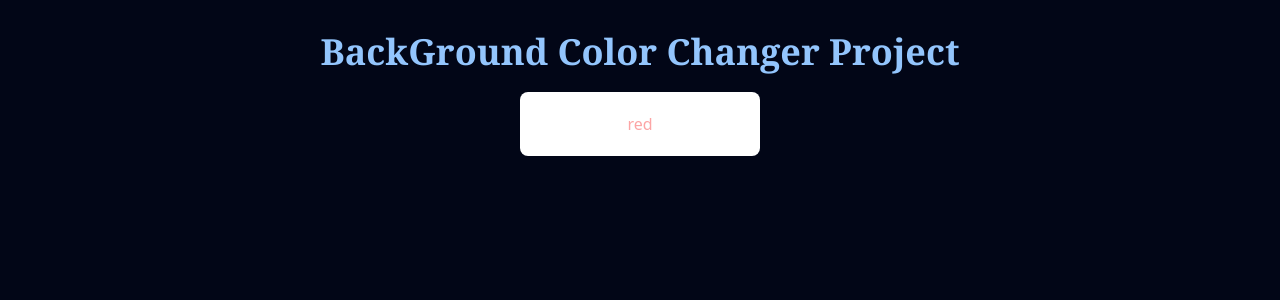
Repository: ChaitanyMishra/react-daily-work
Page: / (app in day-04-react/bg_color_changer/)
The author's editor kept a copy of each file at every save. The page is drawn from the files as they stood at one save, then again after the next save.
The browser window is 1280 px wide. The pictures show the whole page.
The project was rebuilt for these pictures with package versions that can differ from the ones it lists, and the page was loaded fresh each time. Also part of the build but not shown: day-04-react/bg_color_changer/vite.config.js.

Above is the page before, as saved 2025-06-20 16:47:48.

### day-04-react/bg_color_changer/src/index.css
@tailwind base;
@tailwind components;
@tailwind utilities;
body{
  @apply bg-slate-950
}

### day-04-react/bg_color_changer/src/App.jsx
import {useState } from 'react'
import ChangeBgColor from './backGrounColorChanger/bgChange'
import  ColorChangeButton from './backGrounColorChanger/buttonComponent'
import './App.css'

function App() {
  const [colorState , changeColor] = useState("olvie")

  return (
    <>
    <h1 className='text-4xl font-serif font-bold text-blue-300 '>BackGround Color Changer Project</h1>
     <button className="bg-white text-red-300 m-5 p-5 rounded-lg w-[15rem]  ">red</button>
    <ColorChangeButton />
    </>
  )
}

export default App

### day-04-react/bg_color_changer/src/backGrounColorChanger/bgChange.jsx
export default function ChangeBgColor(){



}

### day-04-react/bg_color_changer/src/backGrounColorChanger/buttonComponent.jsx
export default function ColorChangeButton(){
    <button className="bg-white text-red-300">red</button>
}

Loaded but not shown: day-04-react/bg_color_changer/index.html (common file); day-04-react/bg_color_changer/src/main.jsx (common file); day-04-react/bg_color_changer/src/App.css (common file); day-04-react/bg_color_changer/tailwind.config.js (common file)

After the next save:
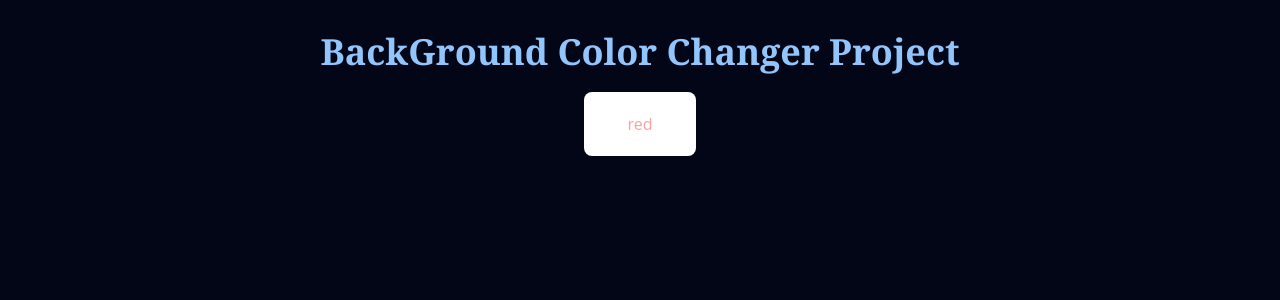
Saved 4 s later.
--- a/day-04-react/bg_color_changer/src/App.jsx
+++ b/day-04-react/bg_color_changer/src/App.jsx
@@ -9,7 +9,7 @@ function App() {
   return (
     <>
     <h1 className='text-4xl font-serif font-bold text-blue-300 '>BackGround Color Changer Project</h1>
-     <button className="bg-white text-red-300 m-5 p-5 rounded-lg w-[15rem]  ">red</button>
+     <button className="bg-white text-red-300 m-5 p-5 rounded-lg w-[7rem]  ">red</button>
     <ColorChangeButton />
     </>
   )
